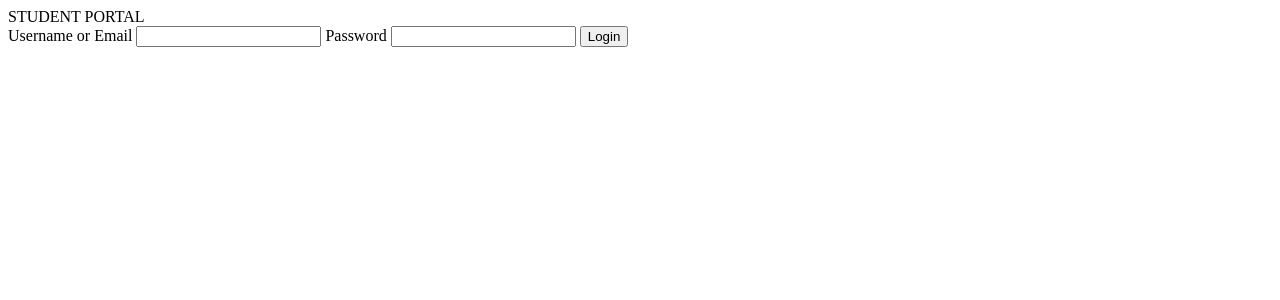
Repository: Kabera192/kabera_clapton_assignment1
Page: StudentAuthApp/src/main/webapp/index.html
These files come from the project's save history. The page is drawn as it stood at one moment and after the next save; the edit follows.
The browser window is 1280 px wide. The pictures show the whole page.

Above is the page before, as saved 2023-09-24 19:33:29.

After the next save:
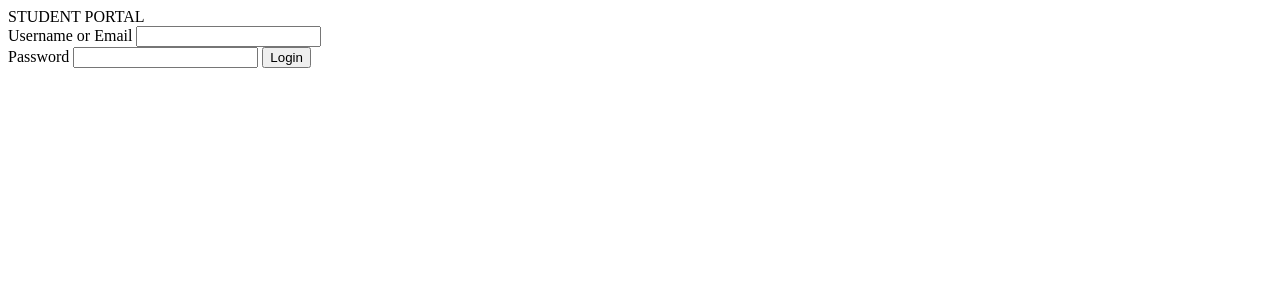
Saved 59 s later.
--- a/StudentAuthApp/src/main/webapp/index.html
+++ b/StudentAuthApp/src/main/webapp/index.html
@@ -11,7 +11,7 @@
 	<main>
 		<form>
 			<label>Username or Email</label>
-			<input type="text" name="username">
+			<input type="text" name="username"><br>
 			<label>Password</label>
 			<input type="password" name="passwd">
 			<button type="submit">Login</button>
